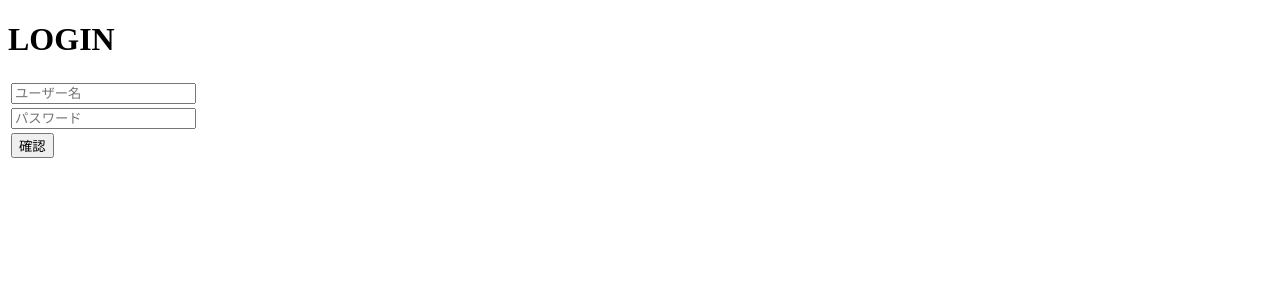
Repository: ryuhei0204/test
Page: http://localhost/Mytest/login.jsp
The author's editor kept a copy of each file at every save. The page is drawn from the files as they stood at one save, then again after the next save.
The browser window is 1280 px wide. The pictures show the whole page.
The page is served by Tomcat 9. Other server files are loaded and not shown.

Above is the page before, as saved 2019-06-21 02:32:45.

### Mytest/WebContent/login.jsp
<%@ page language="java" contentType="text/html; charset=UTF-8"
    pageEncoding="UTF-8"%>
<!DOCTYPE html>
<html>
<head>
<meta http-equiv="Content-Type" content="text/html; charset=UTF-8">
<title>LOGIN画面</title>
</head>
<body>
<h1>LOGIN</h1>
<form action = "LoginConfirmAction" method = "post">
<table>
   <tr>
      <td><input type = "text" name = "userId" placeholder = "ユーザー名"/></td>
   </tr>
   <tr>
      <td><input type = "password" name = "password" placeholder = "パスワード"/></td>
   </tr>
   <tr>
      <td><input type = "submit" value = "確認"/></td>
</table>
</form>

</body>
</html>

After the next save:
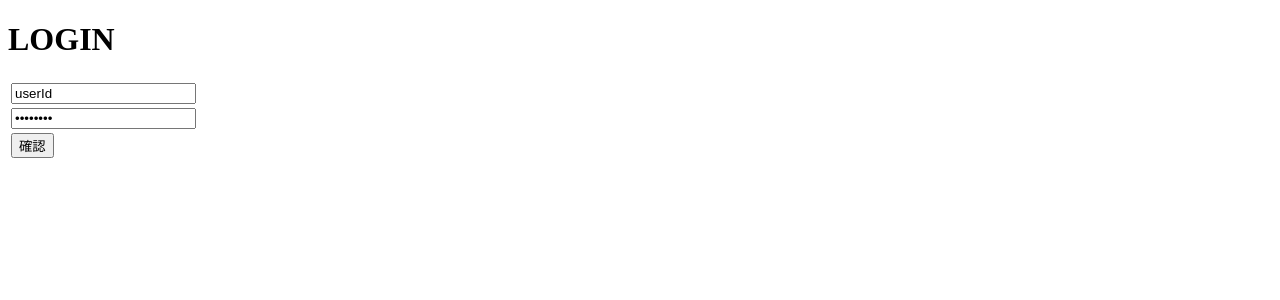
Saved 2 min 19 s later.
--- a/Mytest/WebContent/login.jsp
+++ b/Mytest/WebContent/login.jsp
@@ -11,10 +11,10 @@
 <form action = "LoginConfirmAction" method = "post">
 <table>
    <tr>
-      <td><input type = "text" name = "userId" placeholder = "ユーザー名"/></td>
+      <td><input type = "text" name = "ユーザー" value = "userId" placeholder = "ユーザー名"/></td>
    </tr>
    <tr>
-      <td><input type = "password" name = "password" placeholder = "パスワード"/></td>
+      <td><input type = "password" name = "暗号" value = "password" placeholder = "パスワード"/></td>
    </tr>
    <tr>
       <td><input type = "submit" value = "確認"/></td>

After the save that followed:
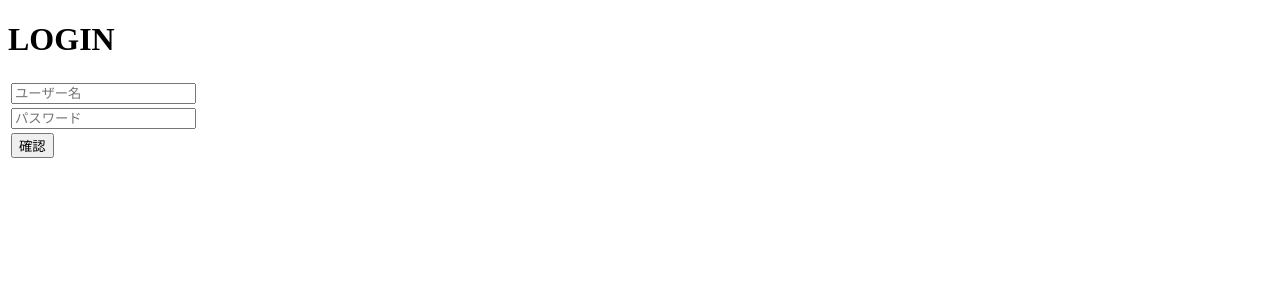
Saved 4 min 1 s later.
--- a/Mytest/WebContent/login.jsp
+++ b/Mytest/WebContent/login.jsp
@@ -11,10 +11,10 @@
 <form action = "LoginConfirmAction" method = "post">
 <table>
    <tr>
-      <td><input type = "text" name = "ユーザー" value = "userId" placeholder = "ユーザー名"/></td>
+      <td><input type = "text" name = "userId" value = "" placeholder = "ユーザー名"/></td>
    </tr>
    <tr>
-      <td><input type = "password" name = "暗号" value = "password" placeholder = "パスワード"/></td>
+      <td><input type = "password" name = "password" value = "" placeholder = "パスワード"/></td>
    </tr>
    <tr>
       <td><input type = "submit" value = "確認"/></td>
